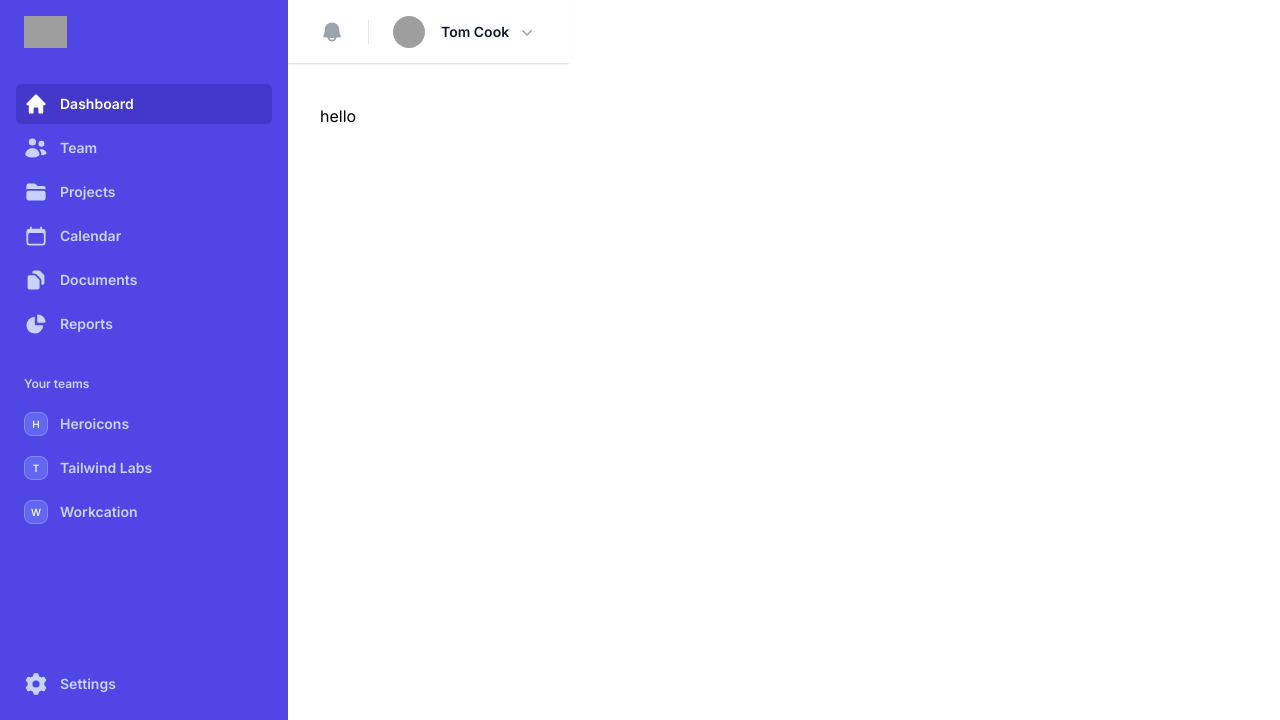
Repository: uh-sman/digital-x
Page: /
The author's editor kept a copy of each file at every save. The page is drawn from the files as they stood at one save, then again after the next save.
The browser window is 1280 px wide. The pictures show the whole page.
Pictures or frames that could not be fetched are drawn as grey boxes. The project was rebuilt for these pictures with package versions that can differ from the ones it lists, and the page was loaded fresh each time. The framework's server and built-in components were replaced by stand-ins that run in the browser. Also part of the build but not shown: next.config.mjs.

Above is the page before, as saved 2024-04-02 10:01:08.

### app/layout.tsx
import type { Metadata } from "next";
import { Inter } from "next/font/google";
import "./globals.css";
import SideBar from "./(routes)/(components)/sidebar";

const inter = Inter({ subsets: ["latin"] });

export const metadata: Metadata = {
  title: "Create Next App",
  description: "Generated by create next app",
};

export default function RootLayout({
  children,
}: Readonly<{
  children: React.ReactNode;
}>) {
  return (
    <html lang="en">
      <body className={inter.className}>
        <div className="flex">
          <SideBar />
          <div>{children}</div>
        </div>
      </body>
    </html>
  );
}

### app/(routes)/page.tsx
import Image from "next/image";
import SideBar from "./(components)/sidebar";

import { Fragment } from 'react'
import {
  CalendarIcon,
  ChevronLeftIcon,
  ChevronRightIcon,
  EllipsisHorizontalIcon,
  MapPinIcon,
} from '@heroicons/react/20/solid'
import { Menu, Transition } from '@headlessui/react'

const meetings = [
  {
    id: 1,
    date: 'January 10th, 2022',
    time: '5:00 PM',
    datetime: '2022-01-10T17:00',
    name: 'Leslie Alexander',
    imageUrl:
      'https://images.unsplash.com/photo-1494790108377-be9c29b29330?ixlib=rb-1.2.1&ixid=eyJhcHBfaWQiOjEyMDd9&auto=format&fit=facearea&facepad=2&w=256&h=256&q=80',
    location: 'Starbucks',
  },
  // More meetings...
]
const days = [
  { date: '2021-12-27' },
  { date: '2021-12-28' },
  { date: '2021-12-29' },
  { date: '2021-12-30' },
  { date: '2021-12-31' },
  { date: '2022-01-01', isCurrentMonth: true },
  { date: '2022-01-02', isCurrentMonth: true },
  { date: '2022-01-03', isCurrentMonth: true },
  { date: '2022-01-04', isCurrentMonth: true },
  { date: '2022-01-05', isCurrentMonth: true },
  { date: '2022-01-06', isCurrentMonth: true },
  { date: '2022-01-07', isCurrentMonth: true },
  { date: '2022-01-08', isCurrentMonth: true },
  { date: '2022-01-09', isCurrentMonth: true },
  { date: '2022-01-10', isCurrentMonth: true },
  { date: '2022-01-11', isCurrentMonth: true },
  { date: '2022-01-12', isCurrentMonth: true, isToday: true },
  { date: '2022-01-13', isCurrentMonth: true },
  { date: '2022-01-14', isCurrentMonth: true },
  { date: '2022-01-15', isCurrentMonth: true },
  { date: '2022-01-16', isCurrentMonth: true },
  { date: '2022-01-17', isCurrentMonth: true },
  { date: '2022-01-18', isCurrentMonth: true },
  { date: '2022-01-19', isCurrentMonth: true },
  { date: '2022-01-20', isCurrentMonth: true },
  { date: '2022-01-21', isCurrentMonth: true },
  { date: '2022-01-22', isCurrentMonth: true, isSelected: true },
  { date: '2022-01-23', isCurrentMonth: true },
  { date: '2022-01-24', isCurrentMonth: true },
  { date: '2022-01-25', isCurrentMonth: true },
  { date: '2022-01-26', isCurrentMonth: true },
  { date: '2022-01-27', isCurrentMonth: true },
  { date: '2022-01-28', isCurrentMonth: true },
  { date: '2022-01-29', isCurrentMonth: true },
  { date: '2022-01-30', isCurrentMonth: true },
  { date: '2022-01-31', isCurrentMonth: true },
  { date: '2022-02-01' },
  { date: '2022-02-02' },
  { date: '2022-02-03' },
  { date: '2022-02-04' },
  { date: '2022-02-05' },
  { date: '2022-02-06' },
]

function classNames(...classes:any) {
  return classes.filter(Boolean).join(' ')
}

export default function Home() {
  return (
    <div></div>
  )
}

### app/(routes)/(components)/sidebar.tsx
"use client"
import {  Fragment, useState } from "react";
import { Dialog, Menu, Transition } from '@headlessui/react'
import {
    Bars3Icon,
    BellIcon,
    CalendarIcon,
  ChartPieIcon,
  ChevronDownIcon,
  Cog6ToothIcon,
  DocumentDuplicateIcon,
  FolderIcon,
  HomeIcon,
  MagnifyingGlassIcon,
  UsersIcon,
  XMarkIcon,
} from "@heroicons/react/20/solid";
const navigation = [
  { name: "Dashboard", href: "#", icon: HomeIcon, current: true },
  { name: "Team", href: "#", icon: UsersIcon, current: false },
  { name: "Projects", href: "#", icon: FolderIcon, current: false },
  { name: "Calendar", href: "#", icon: CalendarIcon, current: false },
  {
    name: "Documents",
    href: "#",
    icon: DocumentDuplicateIcon,
    current: false,
  },
  { name: "Reports", href: "#", icon: ChartPieIcon, current: false },
];

const teams = [
    { id: 1, name: 'Heroicons', href: '#', initial: 'H', current: false },
    { id: 2, name: 'Tailwind Labs', href: '#', initial: 'T', current: false },
    { id: 3, name: 'Workcation', href: '#', initial: 'W', current: false },
  ]

  const userNavigation = [
    { name: 'Your profile', href: '#' },
    { name: 'Sign out', href: '#' },
  ]

  function classNames(...classes:any) {
    return classes.filter(Boolean).join(' ')
  }

const SideBar = () => {

    const [sidebarOpen, setSidebarOpen] = useState(false)


  return (
    <>
      {/*
        This example requires updating your template:

        ```
        <html class="h-full bg-white">
        <body class="h-full">
        ```
      */}
      <div>
        <Transition.Root show={sidebarOpen} as={Fragment}>
          <Dialog as="div" className="relative z-50 lg:hidden" onClose={setSidebarOpen}>
            <Transition.Child
              as={Fragment}
              enter="transition-opacity ease-linear duration-300"
              enterFrom="opacity-0"
              enterTo="opacity-100"
              leave="transition-opacity ease-linear duration-300"
              leaveFrom="opacity-100"
              leaveTo="opacity-0"
            >
              <div className="fixed inset-0 bg-gray-900/80" />
            </Transition.Child>

            <div className="fixed inset-0 flex">
              <Transition.Child
                as={Fragment}
                enter="transition ease-in-out duration-300 transform"
                enterFrom="-translate-x-full"
                enterTo="translate-x-0"
                leave="transition ease-in-out duration-300 transform"
                leaveFrom="translate-x-0"
                leaveTo="-translate-x-full"
              >
                <Dialog.Panel className="relative mr-16 flex w-full max-w-xs flex-1">
                  <Transition.Child
                    as={Fragment}
                    enter="ease-in-out duration-300"
                    enterFrom="opacity-0"
                    enterTo="opacity-100"
                    leave="ease-in-out duration-300"
                    leaveFrom="opacity-100"
                    leaveTo="opacity-0"
                  >
                    <div className="absolute left-full top-0 flex w-16 justify-center pt-5">
                      <button type="button" className="-m-2.5 p-2.5" onClick={() => setSidebarOpen(false)}>
                        <span className="sr-only">Close sidebar</span>
                        <XMarkIcon className="h-6 w-6 text-white" aria-hidden="true" />
                      </button>
                    </div>
                  </Transition.Child>
                  {/* Sidebar component, swap this element with another sidebar if you like */}
                  <div className="flex grow flex-col gap-y-5 overflow-y-auto bg-indigo-600 px-6 pb-4">
                    <div className="flex h-16 shrink-0 items-center">
                        {/* HUB Project */}
                      <img
                        className="h-8 w-auto"
                        src="https://tailwindui.com/img/logos/mark.svg?color=white"
                        alt="Your Company"
                      />
                    </div>
                    {/* SIDE-NAV */}
                    <nav className="flex flex-1 flex-col">
                      <ul role="list" className="flex flex-1 flex-col gap-y-7">
                        <li>
                          <ul role="list" className="-mx-2 space-y-1">
                            {navigation.map((item) => (
                              <li key={item.name}>
                                <a
                                  href={item.href}
                                  className={classNames(
                                    item.current
                                      ? 'bg-indigo-700 text-white'
                                      : 'text-indigo-200 hover:text-white hover:bg-indigo-700',
                                    'group flex gap-x-3 rounded-md p-2 text-sm leading-6 font-semibold'
                                  )}
                                >
                                  <item.icon
                                    className={classNames(
                                      item.current ? 'text-white' : 'text-indigo-200 group-hover:text-white',
                                      'h-6 w-6 shrink-0'
                                    )}
                                    aria-hidden="true"
                                  />
                                  {item.name}
                                </a>
                              </li>
                            ))}
                          </ul>
                        </li>
                        <li>
                          <div className="text-xs font-semibold leading-6 text-indigo-200">Your teams</div>
                          <ul role="list" className="-mx-2 mt-2 space-y-1">
                            {teams.map((team) => (
                              <li key={team.name}>
                                <a
                                  href={team.href}
                                  className={classNames(
                                    team.current
                                      ? 'bg-indigo-700 text-white'
                                      : 'text-indigo-200 hover:text-white hover:bg-indigo-700',
                                    'group flex gap-x-3 rounded-md p-2 text-sm leading-6 font-semibold'
                                  )}
                                >
                                  <span className="flex h-6 w-6 shrink-0 items-center justify-center rounded-lg border border-indigo-400 bg-indigo-500 text-[0.625rem] font-medium text-white">
                                    {team.initial}
                                  </span>
                                  <span className="truncate">{team.name}</span>
                                </a>
                              </li>
                            ))}
                          </ul>
                        </li>
                        <li className="mt-auto">
                          <a
                            href="#"
                            className="group -mx-2 flex gap-x-3 rounded-md p-2 text-sm font-semibold leading-6 text-indigo-200 hover:bg-indigo-700 hover:text-white"
                          >
                            <Cog6ToothIcon
                              className="h-6 w-6 shrink-0 text-indigo-200 group-hover:text-white"
                              aria-hidden="true"
                            />
                            Settings
                          </a>
                        </li>
                      </ul>
                    </nav>
                  </div>
                </Dialog.Panel>
              </Transition.Child>
            </div>
          </Dialog>
        </Transition.Root>

        {/* Static sidebar for desktop */}
        <div className="hidden lg:fixed lg:inset-y-0 lg:z-50 lg:flex lg:w-72 lg:flex-col">
          {/* Sidebar component, swap this element with another sidebar if you like */}
          <div className="flex grow flex-col gap-y-5 overflow-y-auto bg-indigo-600 px-6 pb-4">
            <div className="flex h-16 shrink-0 items-center">
              <img
                className="h-8 w-auto"
                src="https://tailwindui.com/img/logos/mark.svg?color=white"
                alt="Your Company"
              />
            </div>
            <nav className="flex flex-1 flex-col">
              <ul role="list" className="flex flex-1 flex-col gap-y-7">
                <li>
                  <ul role="list" className="-mx-2 space-y-1">
                    {navigation.map((item) => (
                      <li key={item.name}>
                        <a
                          href={item.href}
                          className={classNames(
                            item.current
                              ? 'bg-indigo-700 text-white'
                              : 'text-indigo-200 hover:text-white hover:bg-indigo-700',
                            'group flex gap-x-3 rounded-md p-2 text-sm leading-6 font-semibold'
                          )}
                        >
                          <item.icon
                            className={classNames(
                              item.current ? 'text-white' : 'text-indigo-200 group-hover:text-white',
                              'h-6 w-6 shrink-0'
                            )}
                            aria-hidden="true"
                          />
                          {item.name}
                        </a>
                      </li>
                    ))}
                  </ul>
                </li>
                <li>
                  <div className="text-xs font-semibold leading-6 text-indigo-200">Your teams</div>
                  <ul role="list" className="-mx-2 mt-2 space-y-1">
                    {teams.map((team) => (
                      <li key={team.name}>
                        <a
                          href={team.href}
                          className={classNames(
                            team.current
                              ? 'bg-indigo-700 text-white'
                              : 'text-indigo-200 hover:text-white hover:bg-indigo-700',
                            'group flex gap-x-3 rounded-md p-2 text-sm leading-6 font-semibold'
                          )}
                        >
                          <span className="flex h-6 w-6 shrink-0 items-center justify-center rounded-lg border border-indigo-400 bg-indigo-500 text-[0.625rem] font-medium text-white">
                            {team.initial}
                          </span>
                          <span className="truncate">{team.name}</span>
                        </a>
                      </li>
                    ))}
                  </ul>
                </li>
                <li className="mt-auto">
                  <a
                    href="#"
                    className="group -mx-2 flex gap-x-3 rounded-md p-2 text-sm font-semibold leading-6 text-indigo-200 hover:bg-indigo-700 hover:text-white"
                  >
                    <Cog6ToothIcon
                      className="h-6 w-6 shrink-0 text-indigo-200 group-hover:text-white"
                      aria-hidden="true"
                    />
                    Settings
                  </a>
                </li>
              </ul>
            </nav>
          </div>
        </div>

        <div className="lg:pl-72">
          <div className="sticky top-0 z-40 flex h-16 shrink-0 items-center gap-x-4 border-b border-gray-200 bg-white px-4 shadow-sm sm:gap-x-6 sm:px-6 lg:px-8">
            <button type="button" className="-m-2.5 p-2.5 text-gray-700 lg:hidden" onClick={() => setSidebarOpen(true)}>
              <span className="sr-only">Open sidebar</span>
              <Bars3Icon className="h-6 w-6" aria-hidden="true" />
            </button>

            {/* Separator */}
            <div className="h-6 w-px bg-gray-900/10 lg:hidden" aria-hidden="true" />

            <div className="flex flex-1 gap-x-4 justify-end self-stretch lg:gap-x-6">
              {/* <form className="relative flex flex-1" action="#" method="GET">
                <label htmlFor="search-field" className="sr-only">
                  Search
                </label>
                <MagnifyingGlassIcon
                  className="pointer-events-none absolute inset-y-0 left-0 h-full w-5 text-gray-400"
                  aria-hidden="true"
                />
                <input
                  id="search-field"
                  className="block h-full w-full border-0 py-0 pl-8 pr-0 text-gray-900 placeholder:text-gray-400 focus:ring-0 sm:text-sm"
                  placeholder="Search..."
                  type="search"
                  name="search"
                />
              </form> */}
              <div className="flex items-center gap-x-4 lg:gap-x-6">
                <button type="button" className="-m-2.5 p-2.5 text-gray-400 hover:text-gray-500">
                  <span className="sr-only">View notifications</span>
                  <BellIcon className="h-6 w-6" aria-hidden="true" />
                </button>

                {/* Separator */}
                <div className="hidden lg:block lg:h-6 lg:w-px lg:bg-gray-900/10" aria-hidden="true" />

                {/* Profile dropdown */}
                <Menu as="div" className="relative">
                  <Menu.Button className="-m-1.5 flex items-center p-1.5">
                    <span className="sr-only">Open user menu</span>
                    <img
                      className="h-8 w-8 rounded-full bg-gray-50"
                      src="https://images.unsplash.com/photo-1472099645785-5658abf4ff4e?ixlib=rb-1.2.1&ixid=eyJhcHBfaWQiOjEyMDd9&auto=format&fit=facearea&facepad=2&w=256&h=256&q=80"
                      alt=""
                    />
                    <span className="hidden lg:flex lg:items-center">
                      <span className="ml-4 text-sm font-semibold leading-6 text-gray-900" aria-hidden="true">
                        Tom Cook
                      </span>
                      <ChevronDownIcon className="ml-2 h-5 w-5 text-gray-400" aria-hidden="true" />
                    </span>
                  </Menu.Button>
                  <Transition
                    as={Fragment}
                    enter="transition ease-out duration-100"
                    enterFrom="transform opacity-0 scale-95"
                    enterTo="transform opacity-100 scale-100"
                    leave="transition ease-in duration-75"
                    leaveFrom="transform opacity-100 scale-100"
                    leaveTo="transform opacity-0 scale-95"
                  >
                    <Menu.Items className="absolute right-0 z-10 mt-2.5 w-32 origin-top-right rounded-md bg-white py-2 shadow-lg ring-1 ring-gray-900/5 focus:outline-none">
                      {userNavigation.map((item) => (
                        <Menu.Item key={item.name}>
                          {({ active }) => (
                            <a
                              href={item.href}
                              className={classNames(
                                active ? 'bg-gray-50' : '',
                                'block px-3 py-1 text-sm leading-6 text-gray-900'
                              )}
                            >
                              {item.name}
                            </a>
                          )}
                        </Menu.Item>
                      ))}
                    </Menu.Items>
                  </Transition>
                </Menu>
              </div>
            </div>
          </div>

          <main className="py-10">
            <div className="px-4 sm:px-6 lg:px-8">hello</div>
          </main>
        </div>
      </div>
    </>
  )
}

export default SideBar

### tailwind.config.ts
import type { Config } from "tailwindcss";

const config: Config = {
  content: [
    "./pages/**/*.{js,ts,jsx,tsx,mdx}",
    "./components/**/*.{js,ts,jsx,tsx,mdx}",
    "./app/**/*.{js,ts,jsx,tsx,mdx}",
  ],
  theme: {
    extend: {
      backgroundImage: {
        "gradient-radial": "radial-gradient(var(--tw-gradient-stops))",
        "gradient-conic":
          "conic-gradient(from 180deg at 50% 50%, var(--tw-gradient-stops))",
      },
    },
  },
  plugins: [
    require("@tailwindcss/forms"),
  ],
};
export default config;

Loaded but not shown: app/globals.css (common file)

After the next save:
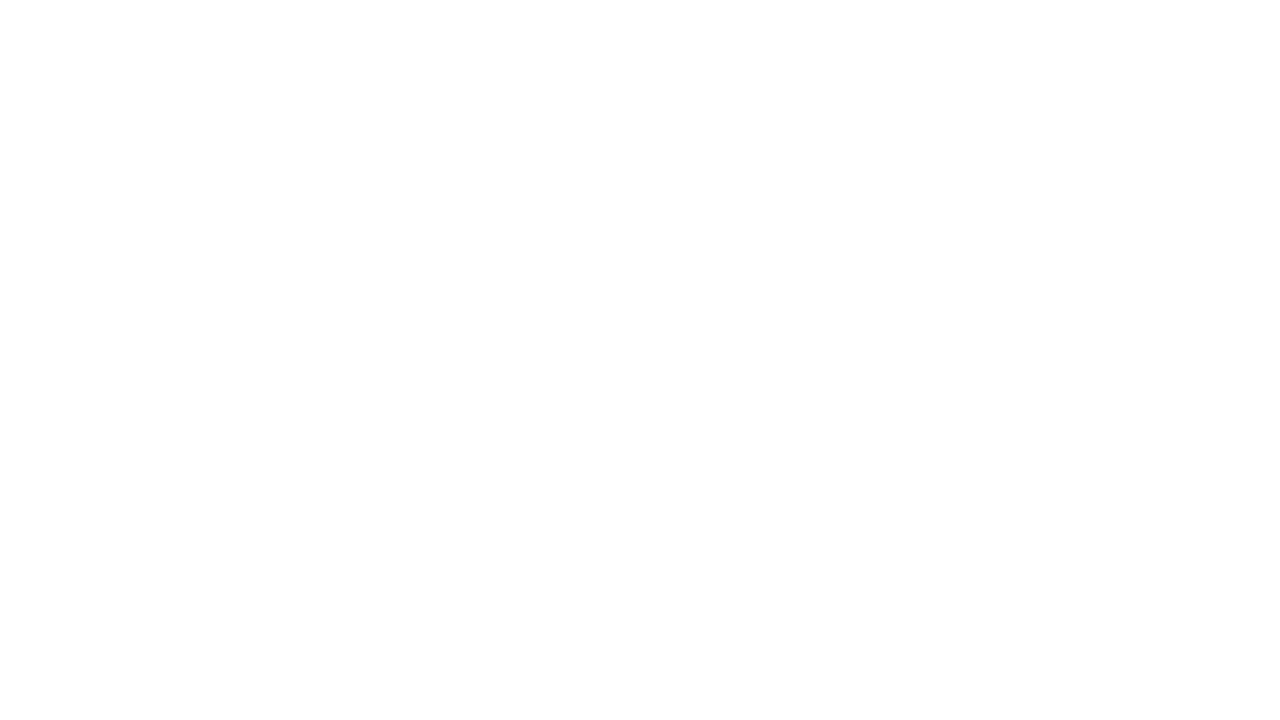
Saved 47 s later.
--- a/app/layout.tsx
+++ b/app/layout.tsx
@@ -18,10 +18,12 @@ export default function RootLayout({
   return (
     <html lang="en">
       <body className={inter.className}>
-        <div className="flex">
-          <SideBar />
-          <div>{children}</div>
-        </div>
+        {/* <div className="flex"> */}
+          {/* <SideBar /> */}
+          {/* <div>
+            </div> */}
+            {children}
+        {/* </div> */}
       </body>
     </html>
   );

After the save that followed:
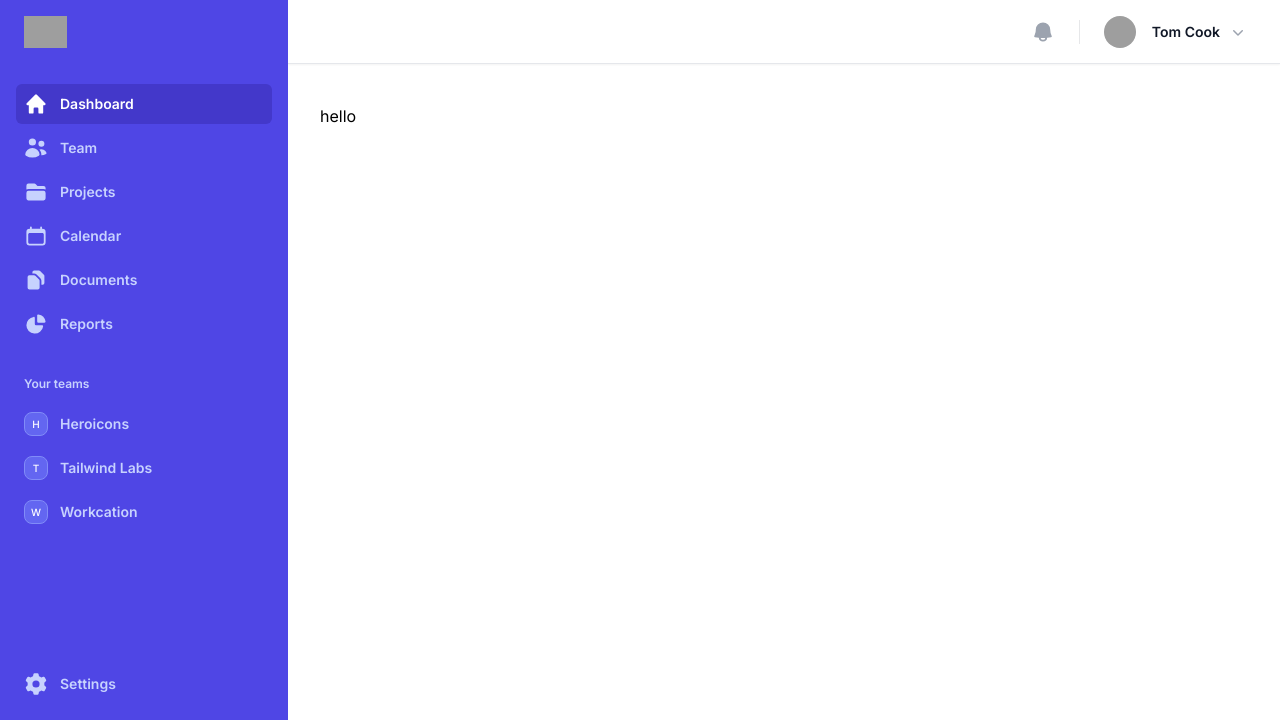
Saved 17 s later.
--- a/app/(routes)/page.tsx
+++ b/app/(routes)/page.tsx
@@ -75,6 +75,8 @@ function classNames(...classes:any) {
 
 export default function Home() {
   return (
-    <div></div>
+    <div>
+      <SideBar />
+    </div>
   )
 }
